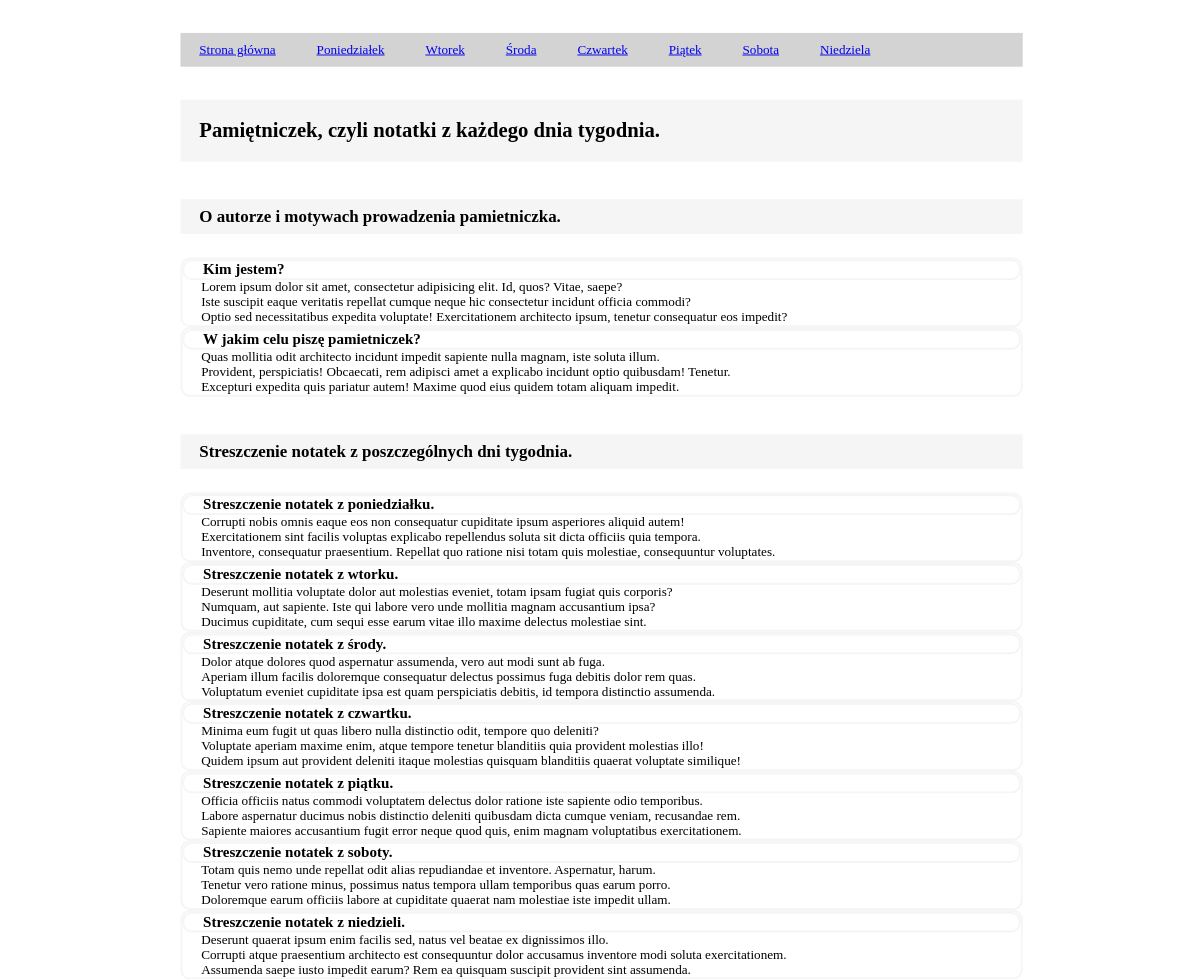
Repository: ArturNatwora/hompage
Page: index.html
These files come from the project's save history. The page is drawn as it stood at one moment and after the next save; the edit follows.
The browser window is 1280 px wide. The pictures show the whole page, at 94% of full size.

Above is the page before, as saved 2019-06-11 19:36:09.

### index.html
<!DOCTYPE html>
<html lang="pl">

<head>
    <meta charset="UTF-8">
    <meta name="viewport" content="width=device-width, initial-scale=1.0">
    <meta http-equiv="X-UA-Compatible" content="ie=edge">
    <link rel="stylesheet" href="index.css">
    <title>Strona domowa w ramach kursu WTf CO TEN FRONTEND.</title>
</head>

<body>
    <header class="bodyHeader">
        <nav class="bodyHeader__nav">
            <ul class="bodyHeader__navListLink" >
                <li class="bodyHeader__navItemLink"><a class="bodyHeader__navLink" href="index.html">Strona główna</a></li>
                <li class="bodyHeader__navItemLink"><a class="bodyHeader__navLink" href="./days/1.html">Poniedziałek</a></li>
                <li class="bodyHeader__navItemLink"><a class="bodyHeader__navLink" href="./days/2.html">Wtorek</a></li>
                <li class="bodyHeader__navItemLink"><a class="bodyHeader__navLink" href="./days/3.html">Środa</a></li>
                <li class="bodyHeader__navItemLink"><a class="bodyHeader__navLink" href="./days/4.html">Czwartek</a></li>
                <li class="bodyHeader__navItemLink"><a class="bodyHeader__navLink" href="./days/5.html">Piątek</a></li>
                <li class="bodyHeader__navItemLink"><a class="bodyHeader__navLink" href="./days/6.html">Sobota</a></li>
                <li class="bodyHeader__navItemLink"><a class="bodyHeader__navLink" href="./days/7.html">Niedziela</a></li>
            </ul>
        </nav>
        <h1 class="bodyHeader__title">Pamiętniczek, czyli notatki z każdego dnia tygodnia.</h1>
    </header>
    <main class="main">
        <section class="section">
            <h2 class="section__title">O autorze i motywach prowadzenia pamietniczka.</h2>
            <article class="article">
                <h3 class="article__title">Kim jestem?</h3>
                <p>Lorem ipsum dolor sit amet, consectetur adipisicing elit. Id, quos? Vitae, saepe?</p>
                <p>Iste suscipit eaque veritatis repellat cumque neque hic consectetur incidunt officia commodi?</p>
                <p>Optio sed necessitatibus expedita voluptate! Exercitationem architecto ipsum, tenetur consequatur eos
                    impedit?</p>
            </article>
            <article class="article">

                <h3 class="article__title">W jakim celu piszę pamietniczek?</h3>
                <p>Quas mollitia odit architecto incidunt impedit sapiente nulla magnam, iste soluta illum.</p>
                <p>Provident, perspiciatis! Obcaecati, rem adipisci amet a explicabo incidunt optio quibusdam! Tenetur.
                </p>
                <p>Excepturi expedita quis pariatur autem! Maxime quod eius quidem totam aliquam impedit.</p>
            </article>

        </section>

        <section class="section">
                <h2 class="section__title">Streszczenie notatek z poszczególnych dni tygodnia.</h2>
                <article class="article">
                    <h3 class="article__title">Streszczenie notatek z poniedziałku.</h3>
                    <p>Corrupti nobis omnis eaque eos non consequatur cupiditate ipsum asperiores aliquid autem!</p>
                    <p>Exercitationem sint facilis voluptas explicabo repellendus soluta sit dicta officiis quia
                        tempora.</p>
                    <p>Inventore, consequatur praesentium. Repellat quo ratione nisi totam quis molestiae, consequuntur
                        voluptates.</p>
                </article>
                <article class="article">
                    <h3 class="article__title">Streszczenie notatek z wtorku.</h3>
                    <p>Deserunt mollitia voluptate dolor aut molestias eveniet, totam ipsam fugiat quis corporis?</p>
                    <p>Numquam, aut sapiente. Iste qui labore vero unde mollitia magnam accusantium ipsa?</p>
                    <p>Ducimus cupiditate, cum sequi esse earum vitae illo maxime delectus molestiae sint.</p>
                </article>
                <article class="article">
                    <h3 class="article__title">Streszczenie notatek z środy.</h3>
                    <p>Dolor atque dolores quod aspernatur assumenda, vero aut modi sunt ab fuga.</p>
                    <p>Aperiam illum facilis doloremque consequatur delectus possimus fuga debitis dolor rem quas.</p>
                    <p>Voluptatum eveniet cupiditate ipsa est quam perspiciatis debitis, id tempora distinctio
                        assumenda.</p>
                </article>
                <article class="article">
                    <h3 class="article__title">Streszczenie notatek z czwartku.</h3>
                    <p>Minima eum fugit ut quas libero nulla distinctio odit, tempore quo deleniti?</p>
                    <p>Voluptate aperiam maxime enim, atque tempore tenetur blanditiis quia provident molestias illo!
                    </p>
                    <p>Quidem ipsum aut provident deleniti itaque molestias quisquam blanditiis quaerat voluptate
                        similique!</p>
                </article>
                <article class="article">
                    <h3 class="article__title">Streszczenie notatek z piątku.</h3>
                    <p>Officia officiis natus commodi voluptatem delectus dolor ratione iste sapiente odio temporibus.
                    </p>
                    <p>Labore aspernatur ducimus nobis distinctio deleniti quibusdam dicta cumque veniam, recusandae
                        rem.</p>
                    <p>Sapiente maiores accusantium fugit error neque quod quis, enim magnam voluptatibus
                        exercitationem.</p>
                </article>
                <article class="article">
                    <h3 class="article__title">Streszczenie notatek z soboty.</h3>
                    <p>Totam quis nemo unde repellat odit alias repudiandae et inventore. Aspernatur, harum.</p>
                    <p>Tenetur vero ratione minus, possimus natus tempora ullam temporibus quas earum porro.</p>
                    <p>Doloremque earum officiis labore at cupiditate quaerat nam molestiae iste impedit ullam.</p>
                </article>
                <article class="article">
                    <h3 class="article__title">Streszczenie notatek z niedzieli.</h3>
                    <p>Deserunt quaerat ipsum enim facilis sed, natus vel beatae ex dignissimos illo.</p>
                    <p>Corrupti atque praesentium architecto est consequuntur dolor accusamus inventore modi soluta
                        exercitationem.</p>
                    <p>Assumenda saepe iusto impedit earum? Rem ea quisquam suscipit provident sint assumenda.</p>
                </article>
            </section>


    </main>
    <script src="index.js"></script>
</body>

</html>

### index.css

*{
    margin: 0;
    padding: 0;
    box-sizing: border-box;
    font-size: 14px;
}


body{
    width: 70%;
    margin:  auto;

}

.bodyHeader {
    width: 100%;

    display: block;
    position: relative;


}
.bodyHeader__nav{
    background: lightgrey;
    width: 100%;
    height: auto;
    margin: 35px 0;

    display: block;
}
.bodyHeader__navListLink {
    width: 100%;
    list-style: none;
    display: block;
}
.bodyHeader__navItemLink{
    display: inline-block;
    margin: 10px 20px;
}

.bodyHeader__title{
    font-size: 22px;
    display: block;
    margin:16px 0;
    padding: 20px;
    background: whitesmoke;
}
.section{
    width: 100%;
    margin:40px 0 0 0 ;




}
.section__title{
    width: 100%;
    font-size: 18px;
    display: block;
    margin:25px 0;
    padding: 8px 20px;
    background: whitesmoke;
}
.article{

    display: block;
    margin:0;
    padding: 0px;
    border: 2px solid;
    border-color: whitesmoke;
    border-radius: 10px;

}
.article__title{
    font-size: 16px;
    display: block;
    margin:0;
    padding: 0 20px;

    border: 2px solid;
    border-color: whitesmoke;
    border-radius: 10px;

}
p{
    text-align: justify;
    padding: 0 0 0 20px;
}

Loaded but not shown: index.js (no copy from this time; the picture is the same without it)

After the next save:
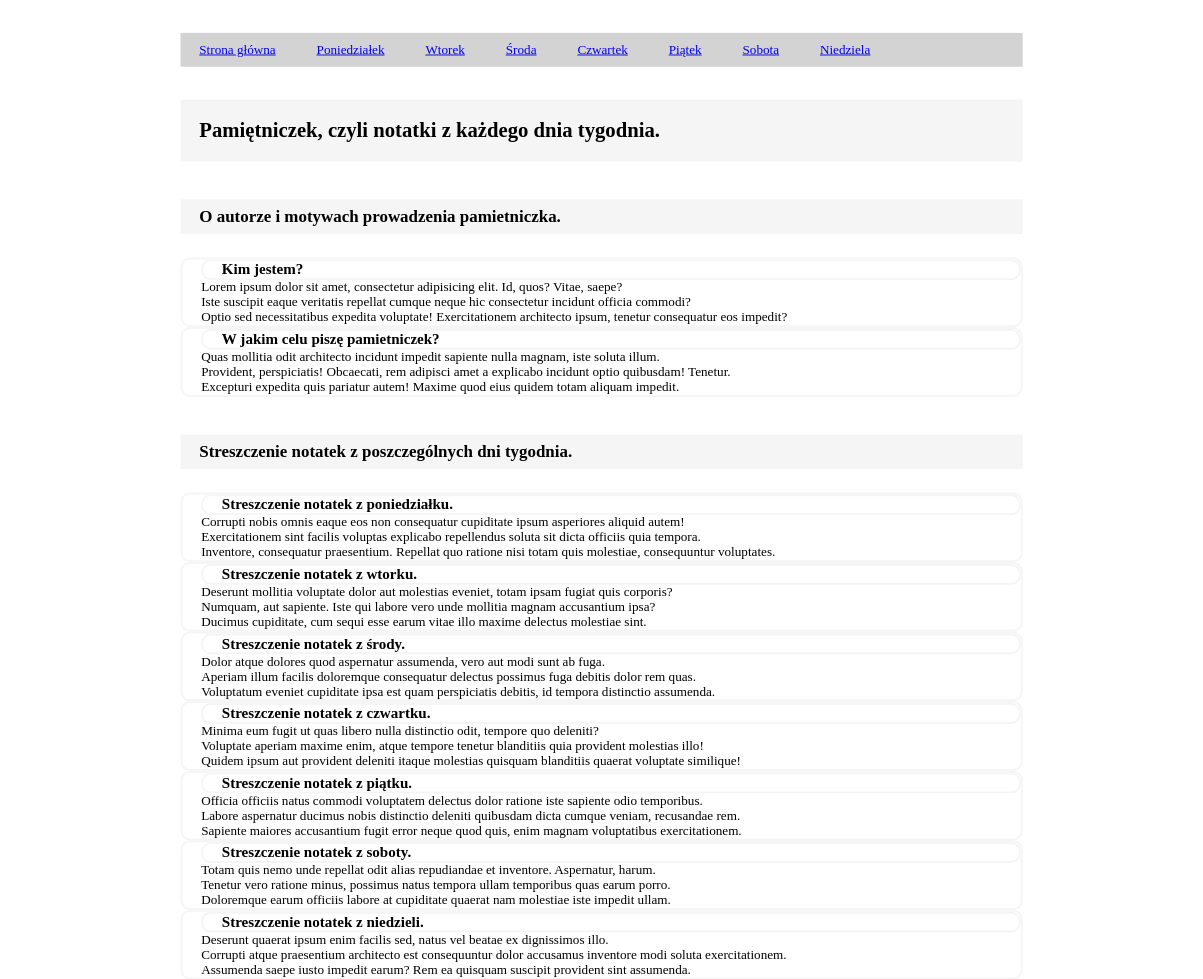
Saved 73 s later.
--- a/index.css
+++ b/index.css
@@ -75,7 +75,7 @@
 .article__title{
     font-size: 16px;
     display: block;
-    margin:0;
+    margin:0 0 0 20px;
     padding: 0 20px;
 
     border: 2px solid;

After the save that followed:
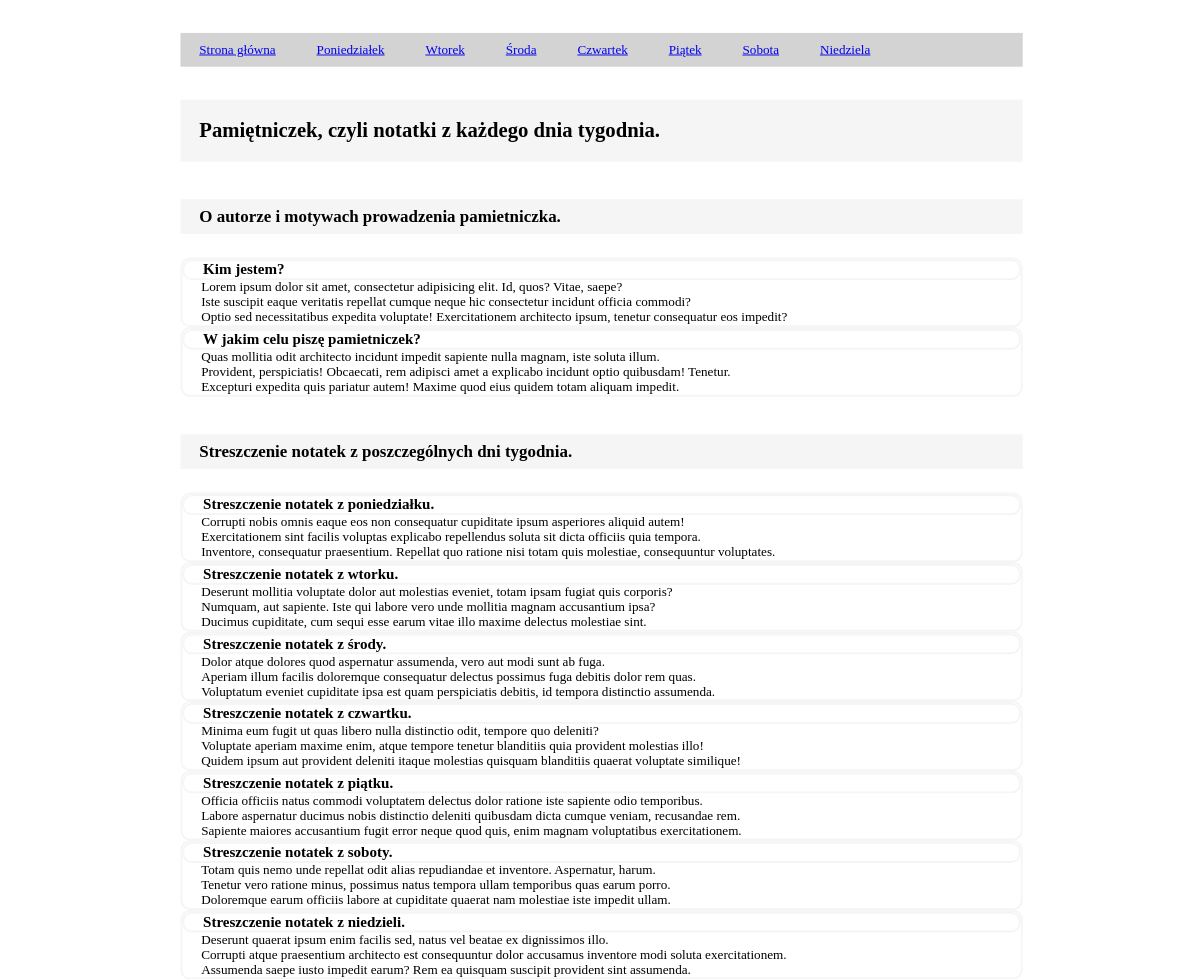
Saved 60 s later.
--- a/index.css
+++ b/index.css
@@ -75,7 +75,7 @@
 .article__title{
     font-size: 16px;
     display: block;
-    margin:0 0 0 20px;
+    margin:0 ;
     padding: 0 20px;
 
     border: 2px solid;
